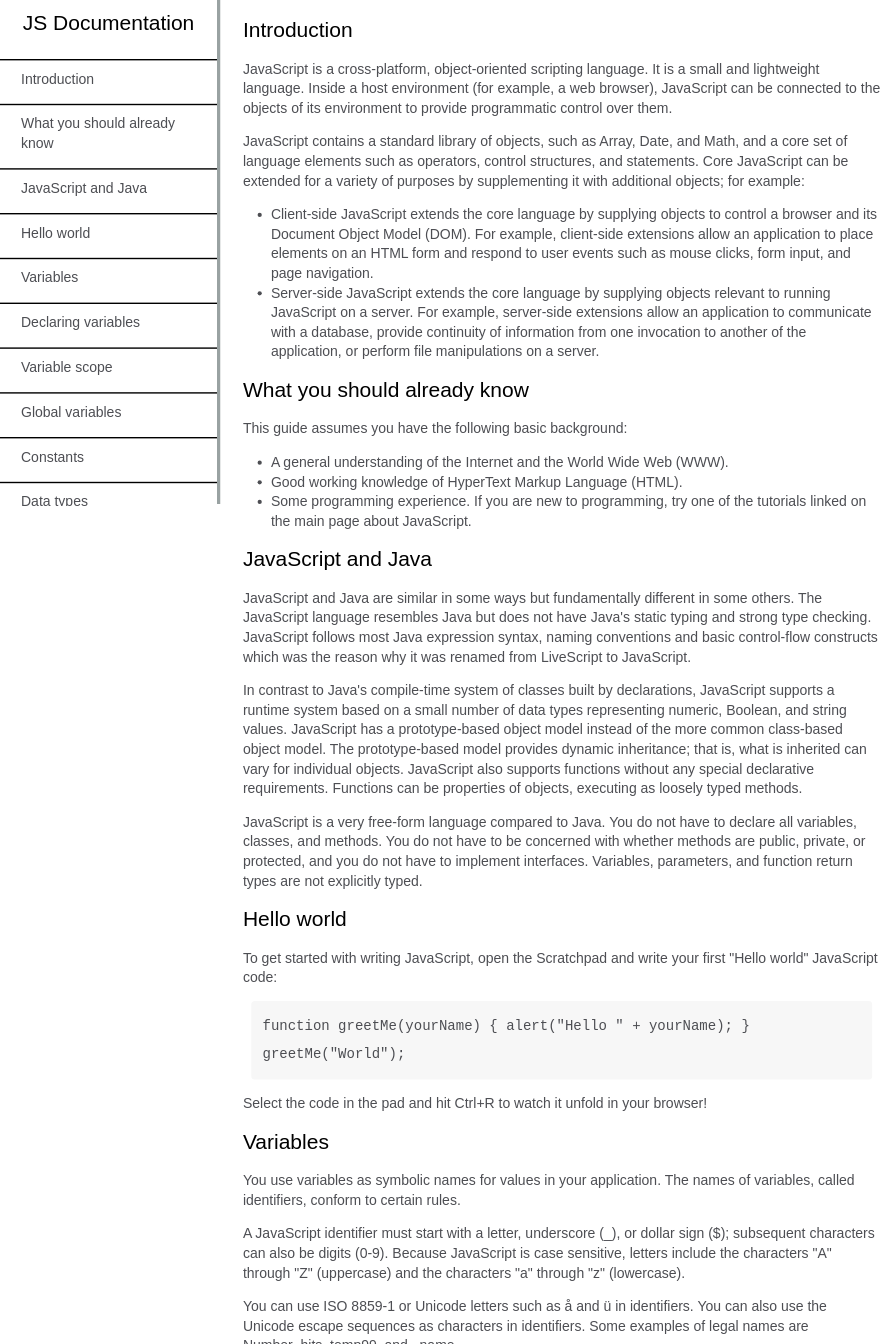
Repository: Lungdjos/technical_document_page_certificate
Page: index.html
The author's editor kept a copy of each file at every save. The page is drawn from the files as they stood at one save, then again after the next save.
The browser window is 1280 px wide. The pictures show the part of the page from y = 0 to 1920 px (the page is 7768 px tall before and 8006 px after), at 70% of full size.

Above is the page before, as saved 2023-11-21 22:56:08.

After the next save:
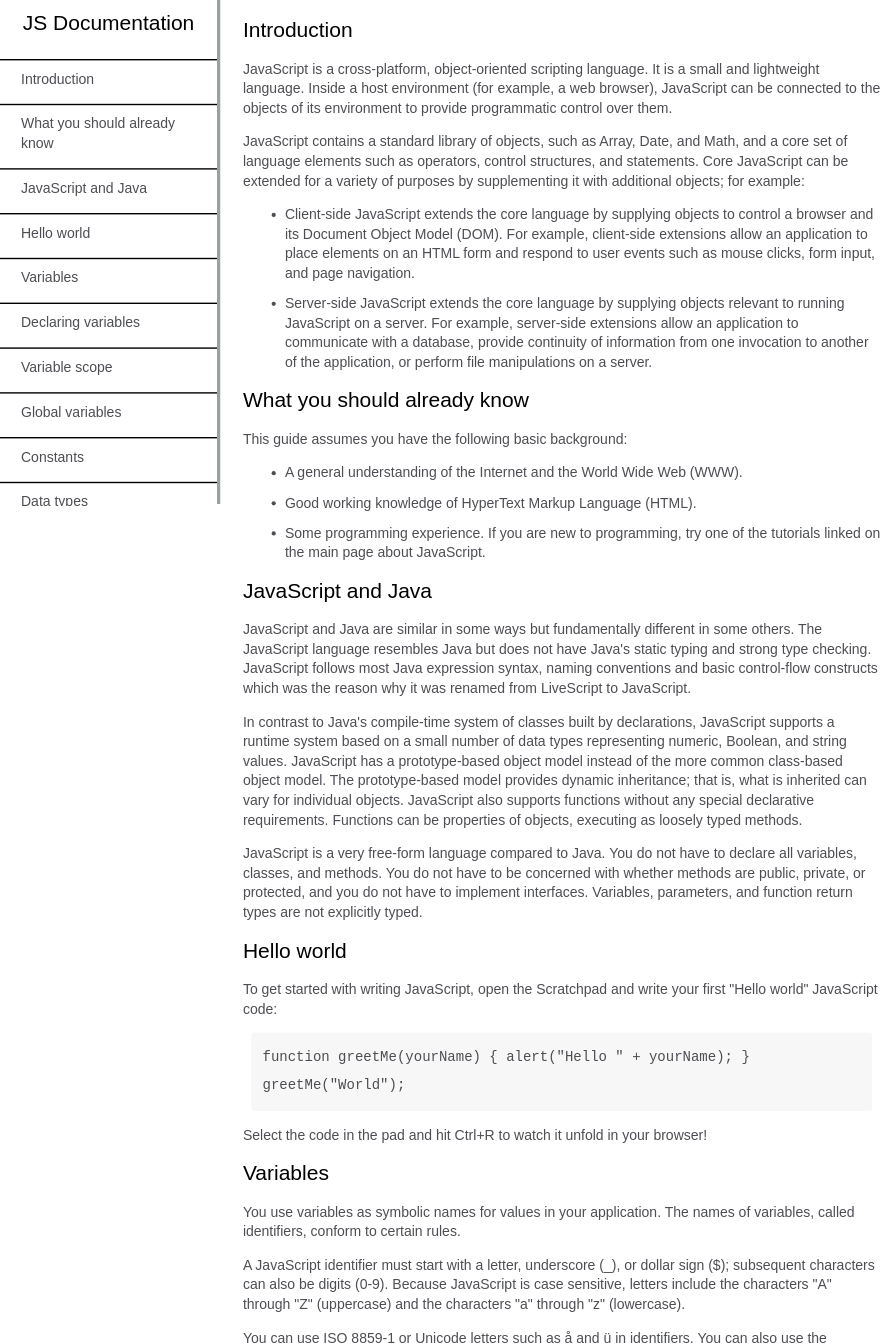
Saved 24 s later.
--- a/styles.css
+++ b/styles.css
@@ -85,4 +85,6 @@ code {
     padding: 22px;
 }
 
-#main-doc li {}
+#main-doc li {
+    margin: 15px 0px 0px 20px;
+}
